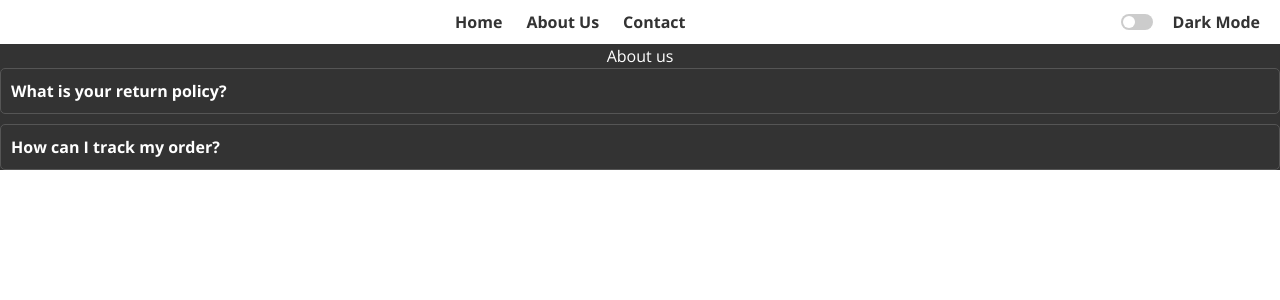
Repository: sriram1224/Text-converter
Page: /about
These files come from the project's save history. The page is drawn as it stood at one moment and after the next save; the edit follows.
The browser window is 1280 px wide. The pictures show the whole page.
The project was rebuilt for these pictures with package versions that can differ from the ones it lists, and the page was loaded fresh each time. Also part of the build but not shown: src/Home.css, src/Home.jsx.

Above is the page before, as saved 2024-03-27 15:53:45.

### src/index.css
@tailwind base;
@tailwind components;
@tailwind utilities;

body{
    font-family: "Open Sans", sans-serif;

}

### src/App.js
import React, { useState } from "react";
import { BrowserRouter as Router, Routes, Route } from "react-router-dom";

import Header from "./Header";
import Home from "./Home";
import About from "./About";
import Contact from "./Contact";

function App() {
  const [isDarkMode, setIsDarkMode] = useState(false); // Define isDarkMode state here

  return (
    <Router>
      <div>
        <Header isDarkMode={isDarkMode} setIsDarkMode={setIsDarkMode} />

        <Routes>
          <Route path="/" element={<Home />} />
          <Route path="/about" element={<About isDarkMode={isDarkMode} />} /> {/* Pass isDarkMode as a prop here */}
          <Route path="/contact" element={<Contact />} />
        </Routes>
      </div>
    </Router>
  );
}

export default App;

### src/Header.jsx
import React, { useEffect,useState } from 'react';
import Navbar from './Navbar';

function Header({ isDarkMode, setIsDarkMode }) {
  const [showSuccessMessage, setShowSuccessMessage] = useState(false);

  const toggleDarkMode = () => {
    setIsDarkMode(!isDarkMode);
    setShowSuccessMessage(true);
    setTimeout(() => {
      setShowSuccessMessage(false);
    }, 2000);
  };

  useEffect(() => {
    document.body.classList.toggle('dark', isDarkMode);
  }, [isDarkMode]);

  return (
    <div>
      <Navbar isDarkMode={isDarkMode} toggleDarkMode={toggleDarkMode} />
      {showSuccessMessage && (
        <div className="success-message">
          Success: {isDarkMode ? 'Dark' : 'Light'} mode has been enabled
        </div>
      )}
    </div>
  );
}

export default Header;

### src/About.jsx

import { useState } from "react";
import './about.css'
function FAQItem({ question, answer, isDarkMode }) {
  const [isOpen, setIsOpen] = useState(false);

  const toggleAnswer = () => {
    setIsOpen(!isOpen);
  };

  return (
    <div className={`faq-item ${isDarkMode ? 'light-item' : 'dark-item'}`}>
      <div onClick={toggleAnswer} className={`faq-question ${isDarkMode ? 'dark-text' : 'light-text'}`}>
        <strong>{question}</strong>
      </div>
      {isOpen && <div className={`faq-answer ${isDarkMode ? 'dark-text' : 'light-text'}`}>{answer}</div>}
    </div>
  );
}

function About({isDarkMode}) {
  return (
    <div className={`faq ${isDarkMode ? 'light-item' : 'dark-item'}`}>
      <h1>About us</h1>
       <FAQItem
        question="What is your return policy?"
        answer="Our return policy allows returns within 30 days of purchase."
        isDarkMode={isDarkMode}
      />
      <FAQItem
        question="How can I track my order?"
        answer="You can track your order by logging into your account."
        isDarkMode={isDarkMode}
      />
    </div>
  );
}
export default About;

### src/Navbar.jsx
import React, { useState } from 'react';
import { Link } from 'react-router-dom';
import './Navbar.css';

function Navbar({ isDarkMode, toggleDarkMode }) {
  const [isMenuOpen, setIsMenuOpen] = useState(false);

  const toggleMenu = () => {
    setIsMenuOpen(!isMenuOpen);
  };

  return (
    <nav className={`navbar-container ${isDarkMode ? 'dark' : 'light'}`}>
      <Link to="/" className="navbar-brand">

      </Link>
      <div className="navbar-toggle" onClick={toggleMenu}>
        <svg className="navbar-toggle-icon" viewBox="0 0 20 20" xmlns="http://www.w3.org/2000/svg">
          <title>Mobile menu</title>
          <path d="M0 3h20v2H0V3zm0 6h20v2H0V9zm0 6h20v2H0v-2z"></path>
        </svg>
      </div>
      <ul className={`navbar-menu ${isMenuOpen ? 'open' : ''}`}>
        <li><Link to="/" className="navbar-link">Home</Link></li>
        <li><Link to="/about" className="navbar-link">About Us</Link></li>
        <li><Link to="/contact" className="navbar-link">Contact</Link></li>
      </ul>
      <label className="toggle-dark-mode">
        <input type="checkbox" checked={isDarkMode} onChange={toggleDarkMode} className="sr-only peer" />
        <div className="toggle-track peer-focus:ring-dark peer-checked:after"></div>
        <span className={`toggle-label ${isDarkMode ? 'dark' : 'light'}`}>{isDarkMode ? "Light Mode" : "Dark Mode"}</span>
      </label>
      {isMenuOpen && <div className="navbar-backdrop" onClick={toggleMenu}></div>}
    </nav>
  );
}

export default Navbar;

### src/about.css
/* Dark Mode */
.faq.dark-item {
    background-color: #333;
    /* Dark background color */
    color: #fff;
    /* Light text color */
}

.faq.dark-item h1 {
    color: #fff;
    text-align: center;
    /* Light text color for the heading */
}

.faq-item.dark-item {
    border: 1px solid #555;
    /* Dark border */
    border-radius: 5px;
    margin-bottom: 10px;
}

.faq-question.dark-text {
    cursor: pointer;
    padding: 10px;
}

.faq-answer.dark-text {
    padding: 10px;
}
/* Light Mode */
.faq.light-item {
    background-color: #fff;
    /* Light background color */
    color: #333;
    /* Dark text color */
}

.faq.light-item h1 {
    color: #333;
    text-align: center;
    /* Dark text color for the heading */
}

.faq-item.light-item {
    border: 1px solid #ccc;
    /* Light border */
    border-radius: 5px;
    margin-bottom: 10px;
}

.faq-question.light-text {
    cursor: pointer;
    padding: 10px;
}

.faq-answer.light-text {
    padding: 10px;
}

### src/Navbar.css

@import url('https://fonts.googleapis.com/css2?family=Open+Sans:ital,wght@0,300..800;1,300..800&family=Signika:wght@300..700&display=swap');

nav{
    font-family: "Open Sans", sans-serif;
    font-size: 16px;
    font-weight: bold;
}
.navbar-container.light {
    background-color: #fff;
    color: #333;
    padding: 10px 20px;
    display: flex;
    justify-content: space-between;
    align-items: center;
    box-shadow: 0 2px 4px rgba(73, 73, 73, 0.1);
}


.navbar-container.dark {
    background-color: #333;
    color: #1c3feb;
    padding: 10px 20px;
        display: flex;
        justify-content: space-between;
        align-items: center;
        box-shadow: 0 4px 4px rgba(197, 188, 188, 0.1);
}


.success-message {
    color: #008000;

    background-color: #7fffd4;

    position: absolute;
    top: 35px;
    padding: 10px;
    border-radius: 5px;
    margin-top: 10px;
}

.navbar-brand {
    font-size: 24px;
    font-weight: bold;
    line-height: 1;
    color: inherit;
    text-decoration: none;
}

/* Navbar Toggle Button */
.navbar-toggle {
    display: none;
    cursor: pointer;
}

/* Navbar Toggle Icon */
.navbar-toggle-icon {
    height: 24px;
    width: 24px;
    fill: currentColor;
}

/* Navbar Menu */
.navbar-menu {
    list-style: none;
    display: flex;
    align-items: center;
    gap: 24px;
}

.navbar-menu.open {
    display: flex;
}

/* Navbar Link */
.navbar-link {
    font-size: 16px;

    text-decoration: none;
}

/* Toggle Dark Mode */
.toggle-dark-mode {
    display: flex;
    align-items: center;
    cursor: pointer;
    gap: 20px;
}

.toggle-track {
    width: 32px;
    height: 16px;
    background-color: #ccc;
    border-radius: 8px;
    position: relative;
}

.toggle-track:after {
    content: '';
    position: absolute;
    top: 2px;
    left: 2px;
    width: 12px;
    height: 12px;
    border-radius: 50%;
    background-color: #fff;
    transition: transform 0.3s;
}

.toggle-dark-mode input[type="checkbox"]:checked+.toggle-track:after {
    transform: translateX(16px);
}

.toggle-label .light {
    margin-left: 8px;
    font-size: 14px;
    color: #000000;
}
.toggle-label .dark {
    margin-left: 8px;
    font-size: 14px;
    color: #ffefef;
}

### tailwind.config.js
const path = require('path');

module.exports = {
  content: [
    './src/**/*.{html,jsx}',
  ],
  theme: {
    extend: {},
  },
  plugins: [],
};

Loaded but not shown: public/index.html (common file); src/index.js (common file); src/reportWebVitals.js (common file); src/Contact.jsx (no stored copy; drawn as an empty file)

After the next save:
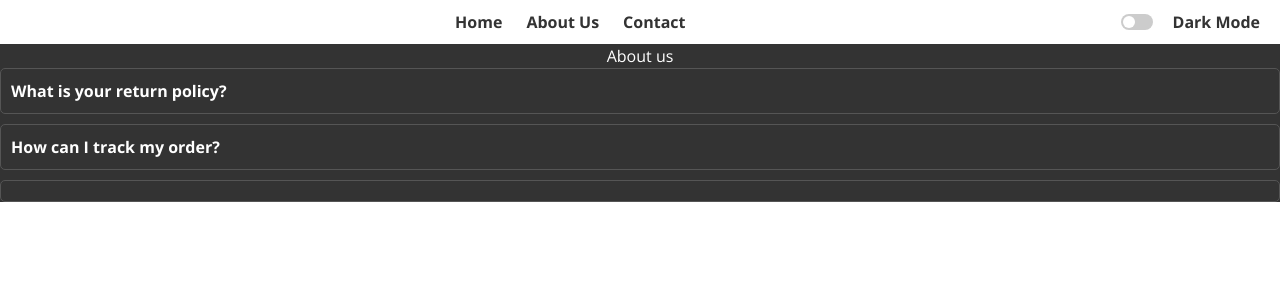
Saved 37 s later.
--- a/src/About.jsx
+++ b/src/About.jsx
@@ -32,6 +32,10 @@ function About({isDarkMode}) {
         answer="You can track your order by logging into your account."
         isDarkMode={isDarkMode}
       />
+      <FAQItem
+        que
+      />
+
     </div>
   );
 }
